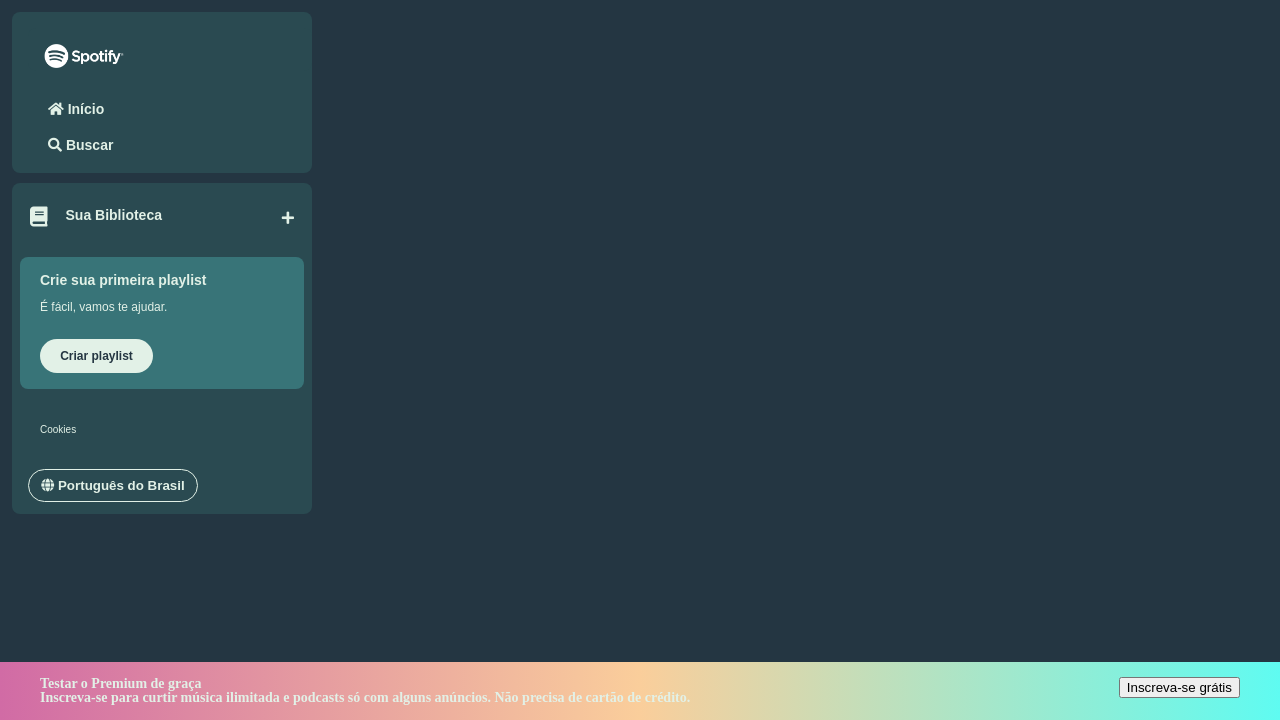
Repository: rafaazevedo-gs/Imers-o-Alura-Front-end
Page: index.html
These files come from the project's save history. The page is drawn as it stood at one moment and after the next save; the edit follows.
The browser window is 1280 px wide. The pictures show the whole page.

Above is the page before, as saved 2025-01-30 11:15:42.

After the next save:
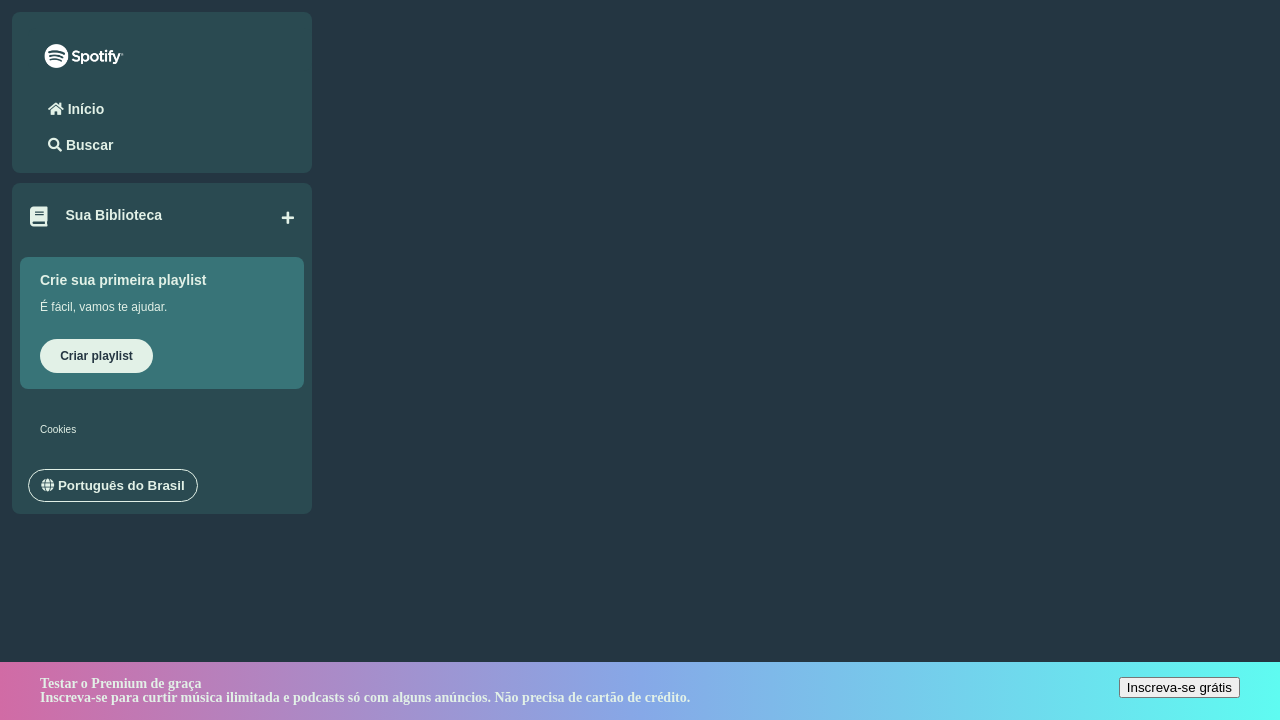
Saved 73 s later.
--- a/styles.css
+++ b/styles.css
@@ -177,7 +177,7 @@
     bottom: 0;
     left: 0;
     right: 0;
-    background:linear-gradient(to right, #d16ba5, #face9b, #5ffbf1);
+    background:linear-gradient(to right, #d16ba5, #86a8e7, #5ffbf1);
     padding: 15px 40px;
     display: flex;
     justify-content: space-between;
